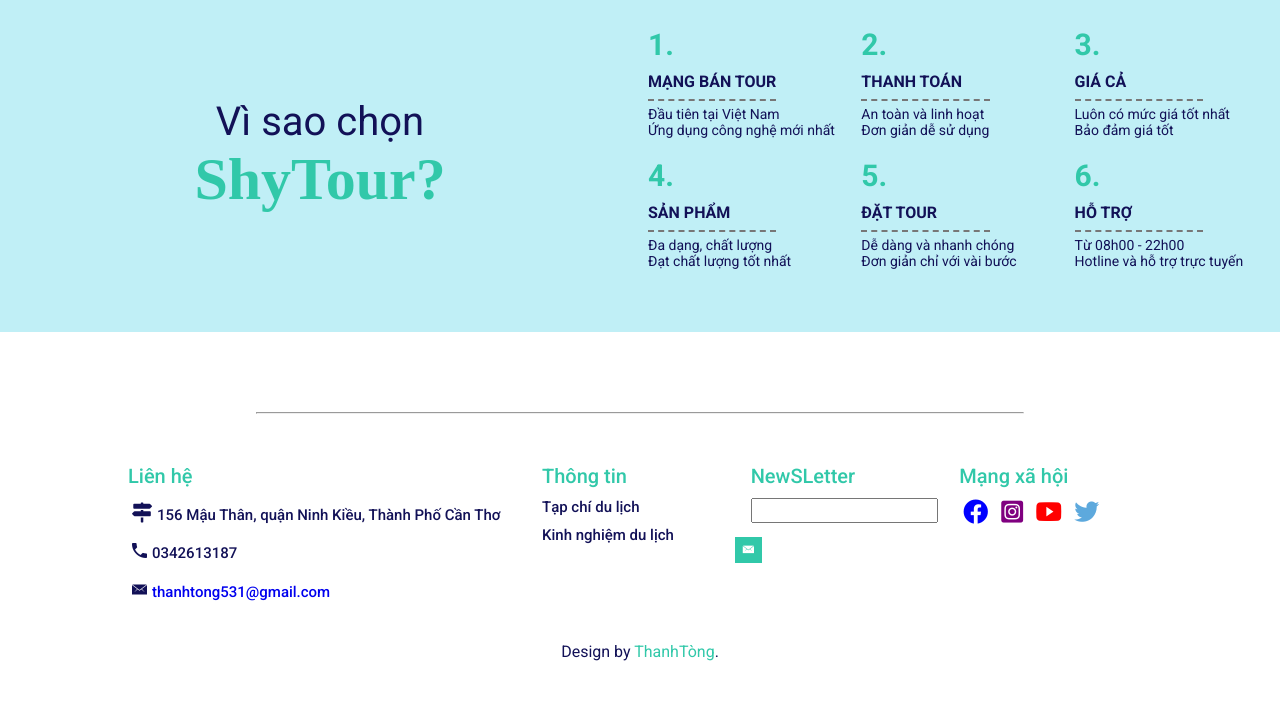
Repository: thanhtong531/tour
Page: index.html
The author's editor kept a copy of each file at every save. The page is drawn from the files as they stood at one save, then again after the next save.
The browser window is 1280 px wide. The pictures show the part of the page from y = 2085 to 2796 px (the page is 2796 px tall).
A picture or video elsewhere on the page could not be fetched, so the positions and the page height are approximate. Some web fonts or font styles are not loaded; a fallback is used.

Above is the page before, as saved 2021-10-04 18:42:24.

After the next save:
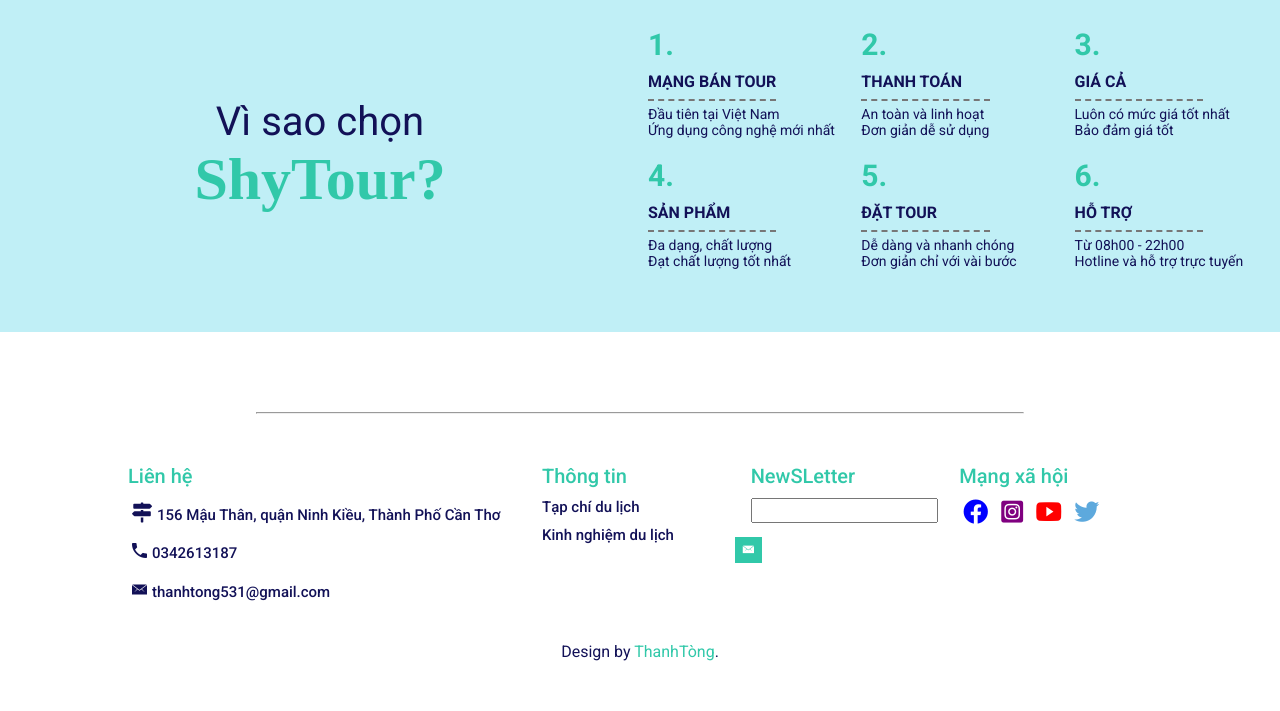
Saved 34 s later.
--- a/index.html
+++ b/index.html
@@ -360,7 +360,7 @@
                                     <i class="ion-android-call"></i>0342613187
                                 </p>
                                 <p class="contact-item">
-                                    <i class="ion-ios-email"></i><a href="mailto:thanhtong531@gmail.com">thanhtong531@gmail.com</a>
+                                    <i class="ion-ios-email"></i>thanhtong531@gmail.com
                                 </p>
                             </li>
                             <li class="col col-4 contact-content">
